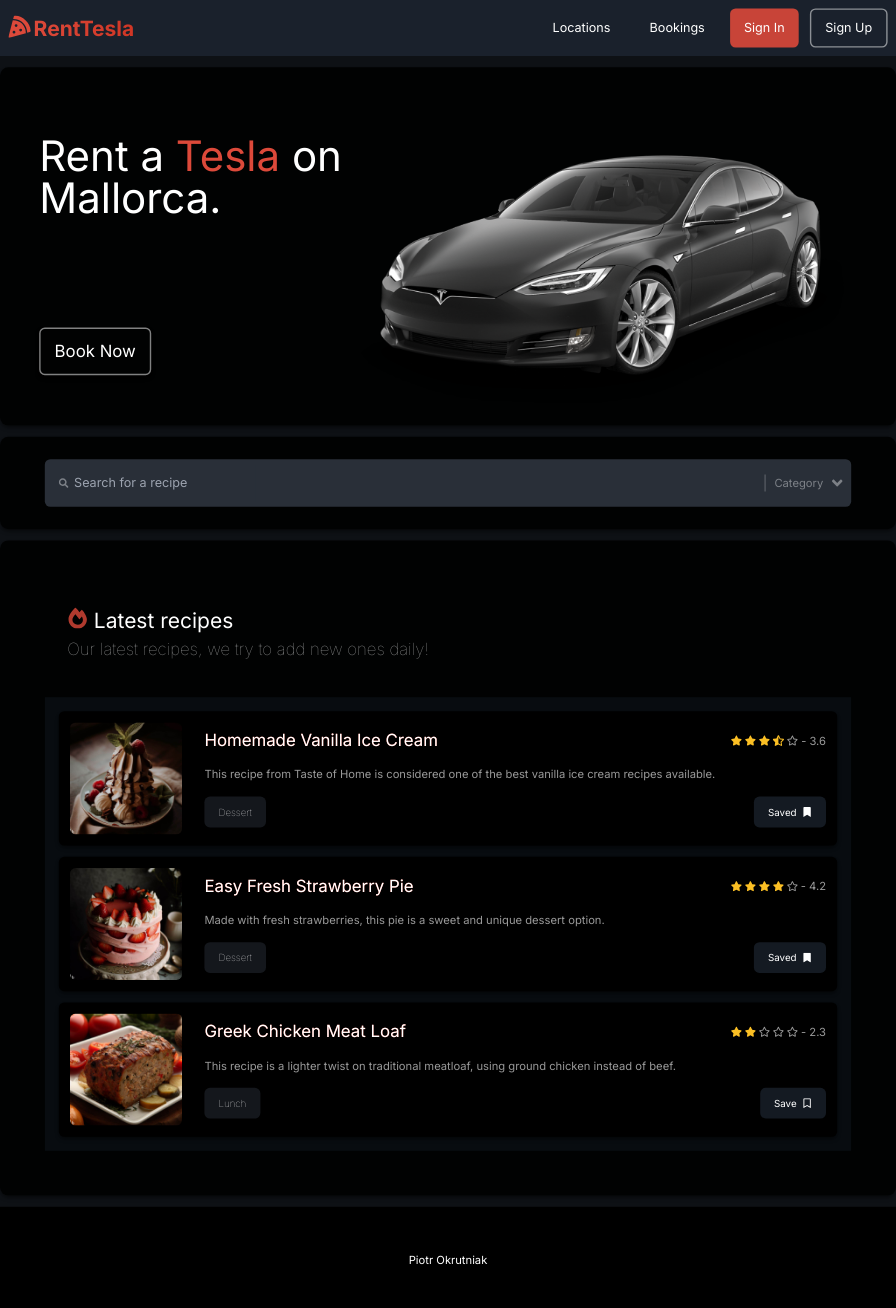
Repository: piotrokrutniak/RentallApp.UI
Page: /
An editor plug-in stored every save of this project. The page is shown before and after the next save, followed by the edit.
The browser window is 1280 px wide. The pictures show the whole page, at 70% of full size.
The project was rebuilt for these pictures with package versions that can differ from the ones it lists, and the page was loaded fresh each time. The framework's server and built-in components were replaced by stand-ins that run in the browser. Also part of the build but not shown: next.config.js.

Above is the page before, as saved 2023-10-05 21:05:51.

### src/app/layout.tsx
import './globals.css'
import type { Metadata } from 'next'
import { Inter } from 'next/font/google'
import NavBar from './components/navbar/navbar'
import Footbar from './components/footbar/footbar'

const inter = Inter({ subsets: ['latin'] })

export const metadata: Metadata = {
  title: 'Recipefy',
  description: 'Website with the tastiest recipes!',
}

export default function RootLayout({
  children,
}: {
  children: React.ReactNode
}) {
  return (
    <html lang="en">
      <body className={`${inter.className} bg-black`}>
        <div className="bg-slate-600/20 min-h-screen pb-4">
        <NavBar/>
        {children}
        </div>
        <Footbar/>
      </body>
    </html>
  )
}

### src/app/page.tsx
import Image, { StaticImageData } from 'next/image'
import { FaMugHot, FaCookieBite, FaHamburger, FaFireAlt, FaBookmark, FaRegBookmark } from 'react-icons/fa'
import CookingSvg from './components/svgComponents/CookingSvg'
import Rating from './components/generic/rating'
import Button from './components/generic/button'
import tesla from '../../public/media/tesla-mirrored.png'
import lunch from '../../public/media/lunch.jpg'
import dessert from '../../public/media/dessert.jpg'
import strawberryCake from '../../public/media/recipes/strawberryCake.jpg'
import greekMeatLoaf from '../../public/media/recipes/greekMeatLoaf.jpg'
import vanillaIceCream from '../../public/media/recipes/vanillaIceCream.jpg'
import { useState } from 'react'
import { RecipeListing } from './components/generic/recipeListing'
import { Input } from 'postcss'
import SearchBar from './components/generic/searchBar'

export default function Home() {
  return (
    <main className="flex flex-col m-auto gap-4">
      <section id="header-section" className='max-w-7xl bg-black/90 m-auto w-full px-14 py-8 rounded-xl mt-4 shadow-md shadow-black/40'>
        <div className="sm:p-8 pb-14 flex justify-between">

        </div>
        <div className='w-full flex justify-between'>
          <div className="flex flex-col gap-10 justify-between pb-10 text-white">
          <h1 className="text-5xl md:text-6xl"> Rent a <span className="text-vermilion-400">Tesla</span> on Mallorca. </h1>
          <Button className="w-fit py-4 rounded-lg shadow-md shadow-black hover:bg-vermilion-500 bg-transparent capitalize border-white/50 hover:border-vermilion-500 border-2 text-2xl">
            Book Now
          </Button>
          </div>
          <div className="relative w-full h-96 left-0 flex gap-10 pt-3 overflow-x-auto m-auto justify-around select-none pb-10">
              <Image src={tesla} layout="fill" objectFit="contain" alt="Breakfast Photo" className="h-96 group-hover:opacity-50"/>
          </div>
        </div>
      </section>

      <section id="searchbar-section" className='max-w-7xl bg-black/90 px-7 m-auto w-full p-8 sm:px-16 rounded-xl shadow-md shadow-black/40 flex-col'>
        <SearchBar/>
      </section>

      <section id="top-picks-section" className='max-w-7xl bg-black/90 m-auto w-full sm:p-8 rounded-xl shadow-md shadow-black/40 flex-col'>
        <div className="lg:p-8 pb-14 flex flex-col gap-5">
          <div className="p-8">
            <h1 className="text-3xl text-white flex gap-2 pb-2" > <FaFireAlt className="opacity-80 fill-vermilion-400"/> Latest recipes</h1>
            <p className="text-2xl font-thin text-white/60 flex gap-2" > Our latest recipes, we try to add new ones daily!</p>
          </div>
          <div className="w-full h-fit p-5 bg-slate-800/25 flex flex-col gap-4">
            <RecipeListing title="Homemade Vanilla Ice Cream"
              desc="This recipe from Taste of Home is considered one of the best vanilla ice cream recipes available."
              image={vanillaIceCream}
              rating={3.6}
              saved={true}
              tags={["Dessert"]}/>
            <RecipeListing title="Easy Fresh Strawberry Pie"
              desc="Made with fresh strawberries, this pie is a sweet and unique dessert option."
              image={strawberryCake}
              rating={4.2}
              saved={true}
              tags={["Dessert"]}/>
            <RecipeListing title="Greek Chicken Meat Loaf"
              desc="This recipe is a lighter twist on traditional meatloaf, using ground chicken instead of beef."
              image={greekMeatLoaf}
              rating={2.3}
              saved={false}
              tags={["Lunch"]}/>
          </div>
        </div>
      </section>
    </main>
  )
}

### src/app/globals.css
@tailwind base;
@tailwind components;
@tailwind utilities;

:root {}

@media (prefers-color-scheme: dark) {
  :root {}
}

body {}

### src/app/components/navbar/navbar.tsx
"use client"

import { FaPizzaSlice, FaBars } from "react-icons/fa"
import { BsX } from "react-icons/bs"
import Button from "../generic/button"
import { useState } from "react"
import Link from "next/link"


export default function NavBar(){
    const [showMobile, setShowMobile] = useState(false)

    return(
        <div className="bg-black/80 sticky top-0 z-20 backdrop-blur-xl">
            <div className="w-full flex bg-slate-700/50 ">
                <div className="p-3 m-auto w-full flex max-w-7xl justify-between items-center">
                    <Link href="/">
                    <div className="flex gap-1 h-fit select-none cursor-pointer active:opacity-80 hover:border-b-2 hover:pb-1 active:pb-0
                            border-opacity-0 border-vermilion-400 hover:border-opacity-100 border-b-0 transition-all">
                        <FaPizzaSlice className="h-full w-8 fill-vermilion-400"/>
                        <h1 className="text-3xl font-bold text-transparent bg-clip-text bg-gradient-to-r from-vermilion-400 to-vermilion-500">RentTesla</h1>
                    </div>
                    </Link>
                    <div className="hidden text-lg gap-4 md:flex">
                        <Button className="text-white bg-transparent active:bg-slate-100/5 hover:bg-slate-100/5 shadow-black/40 hover:shadow-md"
                            onClick={undefined}>
                            Locations
                        </Button>
                        <Button className="text-white bg-transparent active:bg-slate-100/5 hover:bg-slate-100/5 shadow-black/40 hover:shadow-md"
                            onClick={undefined}>
                            Bookings
                        </Button>
                        <Button className="text-white bg-vermilion-400 shadow-black/40 hover:shadow-md"
                            onClick={undefined}>
                            Sign In
                        </Button>
                        <Button className="text-white bg-transparent capitalize border-2 border-white/50 hover:border-vermilion-400 hover:text-vermilion-400
                            active:opacity-80 shadow-black/40 hover:shadow-md"
                            onClick={undefined}>
                            Sign Up
                        </Button>
                    </div>
                    <div className="md:hidden">
                        <FaBars className="h-10 w-10 fill-white cursor-pointer hover:fill-vermilion-400 active:opacity-80" onClick={() => setShowMobile(true)}/>
                    </div>
                    <div className={`${showMobile ? "" : "translate-x-full"} absolute w-screen h-screen bg-black left-0 top-0 md:hidden transition-all z-50 ease-in-out`}>
                    <div id="mobile-header" className="flex flex-row-reverse w-full">
                        <BsX className="fill-white w-16 h-16 cursor-pointer hover:fill-vermilion-400" onClick={() => setShowMobile(false)}/>
                    </div>
                    <div id="mobile-body">XDDDDDDDDDDDDDDDDD</div>
                    </div>
                </div>
            </div>
        </div>
    )
}

### src/app/components/footbar/footbar.tsx
export default function Footbar(){
    return(
        <div className="w-full h-20 bg-black mt-16 text-center text-white">
            Piotr Okrutniak
        </div>
    )
}

### src/app/components/generic/button.tsx
import { MouseEventHandler } from "react";

export default function Button({ children, className, onClick, disabled } : { children: React.ReactNode, className: string, onClick: undefined | MouseEventHandler<HTMLButtonElement>, disabled?: boolean }){
    return(
        <button className={`${className} px-5 py-3 rounded-lg bg-blue-500 bg-opacity-90 active:bg-opacity-80 hover:bg-opacity-100 cursor-pointer transition-all flex items-center gap-2 place-items-center`}
            onClick={onClick}
            disabled={disabled}>
            {children}
        </button>
    )
}

### src/app/components/generic/recipeListing.tsx
"use client";
import Image, { StaticImageData } from "next/image"
import Rating from "./rating"
import Button from "./button"
import { FaMugHot, FaCookieBite, FaHamburger, FaFireAlt, FaBookmark, FaRegBookmark } from 'react-icons/fa'
import { useState } from "react"

export function RecipeListing({rating = 0, title, desc, tags, image, saved,}:
    {rating: number | undefined, title: string | undefined, desc: string | undefined, tags: string[], image: StaticImageData | string, saved: boolean }){
      const [isSaved, setSaved] = useState(saved)

      return(
        <div className="w-full p-4 md:h-48 bg-black hover:bg-slate-500/20 rounded-lg shadow-md shadow-black/40 flex flex-col md:flex-row md:justify-between gap-8 items-center text-white group">
          <div className='h-64 w-full md:w-40 md:h-40 shrink-0 rounded-lg overflow-hidden relative cursor-pointer'>
            <Image src={image} layout="fill" objectFit="cover" alt="Breakfast Photo"/>
          </div>
          <div className="h-fit w-full items-center">
            <div className="flex justify-between items-center">
              <h1 className="text-2xl cursor-pointer bg-clip-text hover:text-transparent bg-gradient-to-r from-vermilion-500 to-vermilion-400">{title ?? "Recipe Name"}</h1>
              <Rating rating={rating}/>
            </div>
            <div className="flex justify-between items-center pt-5">
              <p className="text-white/60">{desc ?? "Description"}</p>
            </div>
            <div className="flex justify-between items-center pt-5">
              {tags.map(x => <Button className="bg-slate-500/20 hover:bg-slate-500/40 text-sm font-thin py-1" onClick={undefined}>{x}</Button>)}
              <Button className="bg-slate-700/40 hover:bg-vermilion-500/90 active:opacity-80 text-sm font-normal py-1 transition-all flex items-center gap-2"
                onClick={() => setSaved(x => !x)}>
                {isSaved ? <>Saved <FaBookmark/></> : <>Save <FaRegBookmark/></>}
                </Button>
            </div>
          </div>
        </div>
      )
  }

### src/app/components/generic/searchBar.tsx
"use client"
import { Dispatch, SetStateAction, useState } from "react"
import { BsX } from "react-icons/bs"
import { FaSearch, FaAngleDown } from "react-icons/fa"

export default function SearchBar(){
    const [dropdownOpened, setDropdownOpened] = useState(false)
    const [chosenOption, setChosenOption] = useState("")

    function ToggleDropdownOpened(){
        setDropdownOpened(x => !x)
    }

    return(
        <div className="bg-slate-500/40 rounded-lg flex pl-5 gap-2 items-center focus-within:bg-slate-500/50 transition-colors ease-in">
            <FaSearch className="fill-slate-50/40"/>
            <input type="text" placeholder="Search for a recipe" className="bg-transparent p-5 pl-0 text-white w-full outline-none text-lg border-none"/>

            <div className="flex text-slate-50 cursor-pointer border-l-2 pl-3 border-white/20 relative">
                <div className="flex opacity-40 hover:opacity-60 active:opacity-40 transition-opacity" onClick={() => ToggleDropdownOpened()}>

                {chosenOption || "Category"}
                <FaAngleDown className={`${dropdownOpened ? "rotate-180" : ""} fill-slate-50 w-10 h-6 transition-all`}/>
                </div>

                <div className={`${dropdownOpened ? "block" : "hidden"} absolute top-14 right-0 h-44 w-56 bg-black rounded-lg overflow-hidden`}>
                    <div className="w-full h-full bg-slate-500/50 overflow-y-auto pt-0">
                        <DropdownOption toggleDropdownOpened={ToggleDropdownOpened} setChosenOption={setChosenOption} chosenOption={chosenOption} text="Breakfast"/>
                        <DropdownOption toggleDropdownOpened={ToggleDropdownOpened} setChosenOption={setChosenOption} chosenOption={chosenOption} text="Lunch"/>
                        <DropdownOption toggleDropdownOpened={ToggleDropdownOpened} setChosenOption={setChosenOption} chosenOption={chosenOption} text="Dessert"/>
                        <DropdownOption toggleDropdownOpened={ToggleDropdownOpened} setChosenOption={setChosenOption} chosenOption={chosenOption} text="Dinner"/>
                        <DropdownOption toggleDropdownOpened={ToggleDropdownOpened} setChosenOption={setChosenOption} chosenOption={chosenOption} text="Appetizer"/>
                        <DropdownOption toggleDropdownOpened={ToggleDropdownOpened} setChosenOption={setChosenOption} chosenOption={chosenOption} text="Pastries"/>
                    </div>
                </div>
            </div>
        </div>
    )
}

function DropdownOption({setChosenOption, toggleDropdownOpened, text, chosenOption} :
    {setChosenOption: Dispatch<SetStateAction<string>>, toggleDropdownOpened: () => void, text: string, chosenOption: string}){
    const [isChecked, setIsChecked] = useState(false)

    function UnCheck(): void{
        setChosenOption("")
        setIsChecked(false)
    }

    function Check(): void{
        setChosenOption(text)
        toggleDropdownOpened()
        setIsChecked(true)
    }

    return(
        <div className={`${chosenOption == text ? "bg-black/30 font-bold" : ""} hover:bg-slate-100/10 px-3 py-2 flex justify-between`}>
                <div className="w-full" onClick={() => Check()}>
                    {text}
                </div>
                <div className="flex">
                    {chosenOption == text ? <UncheckButton onClick={UnCheck}/> : <></>}
                </div>
        </div>
    )
}

function UncheckButton({onClick} : {onClick: () => void}){
    return(
    <BsX className="w-6 h-6 hover:fill-red-500 hover:scale-110 active:scale-100" onClick={() => onClick()}/>
    )
}

### src/app/components/generic/rating.tsx
import { FaStar, FaStarHalf, FaStarHalfAlt, FaRegStar} from 'react-icons/fa'
import { IconType } from 'react-icons'

export default function Rating({rating = 0,}: {rating: number | undefined | void}){
    const defaultRating: boolean[] = [false, false, false, false, false]

    const initRating: number = rating

    const ratings: React.JSX.Element[] = []

    for(let i: number = 0; i < 5; i++){
        rating >= 1 ?  ratings.push(<Star filled={true}/>) : ratings.push(rating >= 0.5 ? <HalfStar/> : <Star filled={false}/>)
        rating -= 1;
    }



    return(
        <div className="flex gap-1 items-center shrink-0 text-white/60">
            {ratings} - {initRating}
        </div>
    )
}

function Star({filled = false,}: {filled: boolean}){
    return filled ? <FaStar className="fill-amber-400"/> : <FaRegStar/>
}

function HalfStar(){
    return <FaStarHalfAlt className="fill-amber-400"/>
}

### tailwind.config.js
/** @type {import('tailwindcss').Config} */
module.exports = {
  content: [
    './src/pages/**/*.{js,ts,jsx,tsx,mdx}',
    './src/components/**/*.{js,ts,jsx,tsx,mdx}',
    './src/app/**/*.{js,ts,jsx,tsx,mdx}',
  ],
  theme: {
    extend: {
      backgroundImage: {
        'gradient-radial': 'radial-gradient(var(--tw-gradient-stops))',
        'gradient-conic':
          'conic-gradient(from 180deg at 50% 50%, var(--tw-gradient-stops))',
      },
      height:{
        '112': '28rem',
        '128': '32rem',
      },
      width:{
        '112': '28rem',
        '128': '32rem',
      },
      colors:{
        "emerald":{
          "50": "#b0fde8",
          "100": "#60FBD2",
          "200": "#24F9C1",
          "400": "#06EFB1",
          "500": "#06d6a0",
        },
        "paygray":{
          "50": "#CED9DE",
          "100": "#aabcc5",
          "200": "#7996A4",
          "400": "#638292",
          "500": "#5A7684",
        },
        "vermilion":{
          "50": "#f0afa8",
          "100": "#ea8f85",
          "200": "#E06052",
          "400": "#dc493a",
          "500": "#d03625",
        },

      },
      minWidth:{
        'mobile': '360px',
        '54': '258px',
      },
      screens:{
        'xs': '580px',
        '850': '850px',
      },
    },
  },
  plugins: [],
}

After the next save:
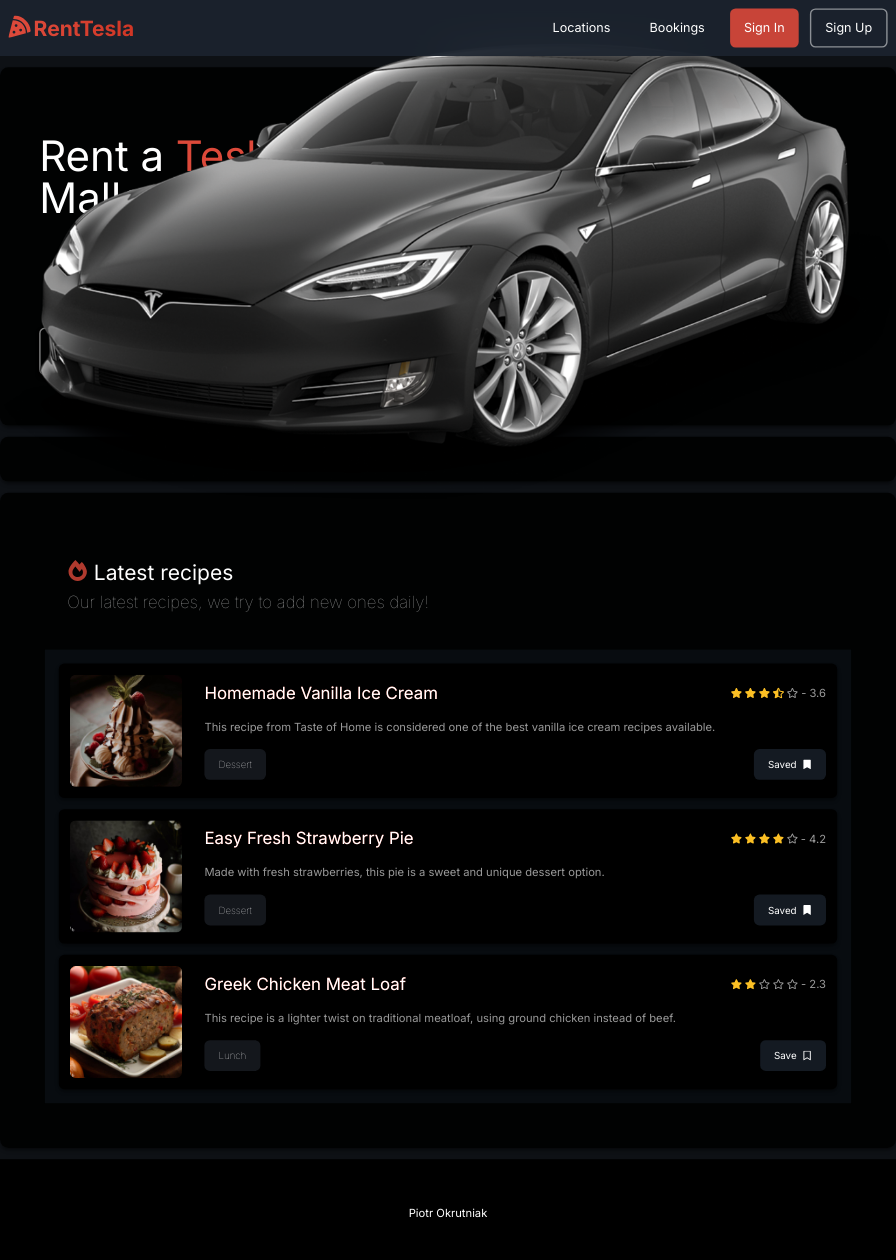
Saved 114 s later.
--- a/src/app/page.tsx
+++ b/src/app/page.tsx
@@ -35,7 +35,7 @@
       </section>
 
       <section id="searchbar-section" className='max-w-7xl bg-black/90 px-7 m-auto w-full p-8 sm:px-16 rounded-xl shadow-md shadow-black/40 flex-col'>
-        <SearchBar/>
+        <Image src={tesla} layout="fill" objectFit="contain" alt="Breakfast Photo" className="h-96 group-hover:opacity-50"/>
       </section>
 
       <section id="top-picks-section" className='max-w-7xl bg-black/90 m-auto w-full sm:p-8 rounded-xl shadow-md shadow-black/40 flex-col'>
